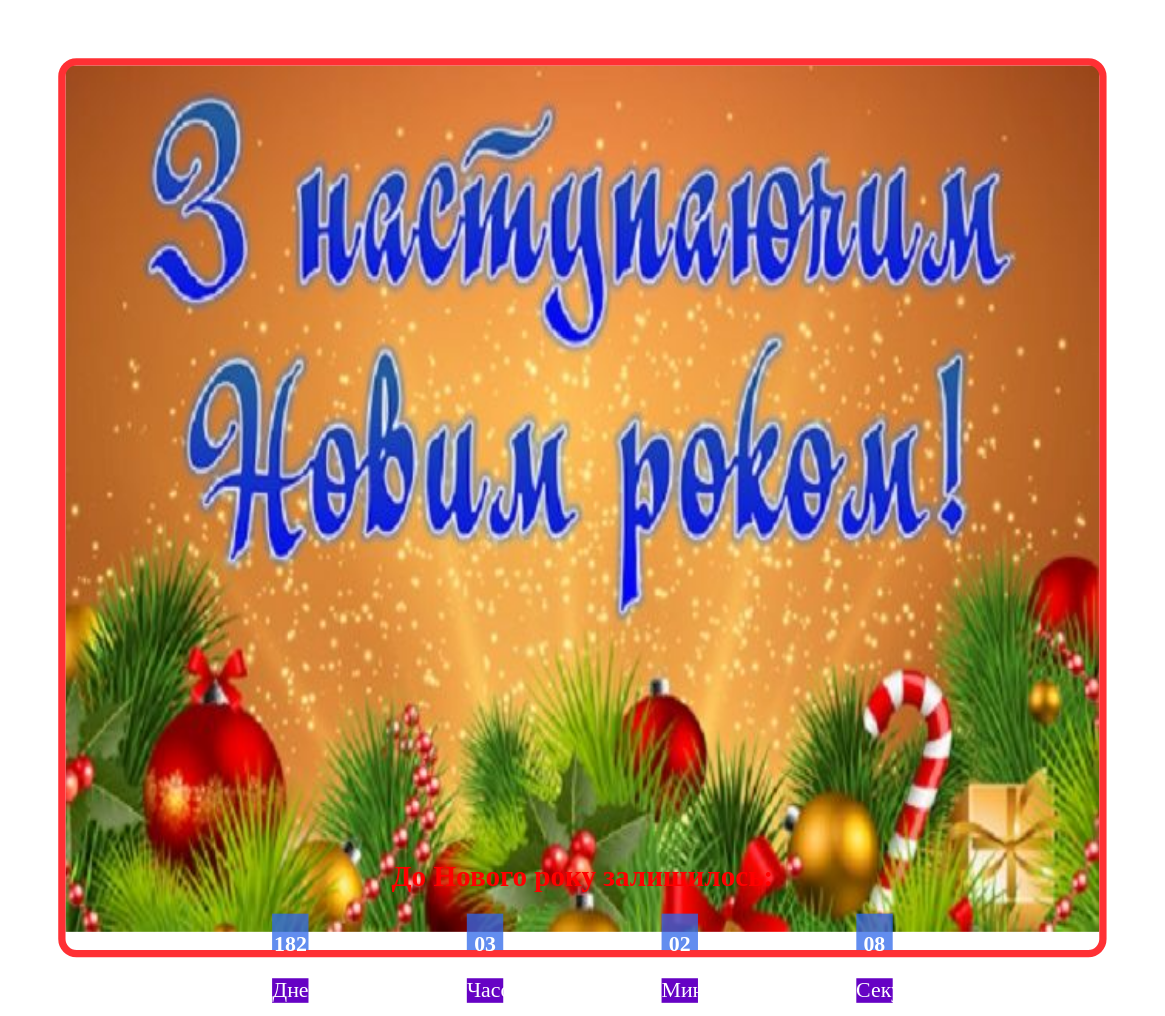
Repository: KonstantinKhamilov/JavaScript11-new-year
Page: index.html
The author's editor kept a copy of each file at every save. The page is drawn from the files as they stood at one save, then again after the next save.
The browser window is 1280 px wide. The pictures show the whole page, at 91% of full size.

Above is the page before, as saved 2024-12-29 17:55:11.

### index.html
<!DOCTYPE html>
<html lang="en">
    <head>
        <title>JavaScript11</title>

        <meta charset="utf-8">
        <meta http-equiv="X-UA-Compatible" content="IE=edge">
        <meta name="description" lang="ru" content="Стили css">
        <meta name="author" content="Константин">
        <meta name="keywords" content="Программирование, уроки JavaScript">
        <meta name="robots" content="all">
        <meta name="viewport" content="width=device-width, initial-scale=1.0">
        <link rel="stylesheet" href="newYear.css" type="text/css">
</head>

<body>
   <!--
     <h1><u>Задание 1</u></h1>
    <p>Необходимо реализовать функцию, описывающую окружность.В функции должны быть следующие компоненты:</p>
<ul type="disk">
    <li>поле, хранящее радиус окружности;</li>
    <li>get-свойство, возвращающее радиус окружности;</li>
    <li>set-свойство, устанавливающее радиус окружности;</li>
    <li>get-свойство, возвращающее диаметр окружности;</li>
    <li>метод, вычисляющий площадь окружности;</li>
    <li>метод, вычисляющий длину окружности.</li>
</ul>
       <p>Продемонстрируйте работу свойств и методов.</p>
       <p>Введите радиус окружности: </p>
       <input type="text" id="rad">
        <button onclick="showResults()">Показать результаты</button>
        <p id="output"></p>

          <h1><u>Задание 2</u></h1>
          <p>Реализуйте функцию, которая описывает css класс.функция CssClass должна содержать внутри себя:</p>
          <ul type="square">
<li>название css класса;</li>
<li>массив стилей;</li>
<li>метод для установки стиля;</li>
<li>метод для удаления стиля;</li>
<li>метод getCss(), который возвращает css код в виде строки.</li>
          </ul>

          <p>Введите название класса:</p>
    <input type="text" id="class" />
    <button onclick="showCSS()">Показать результат генерации</button>
    <p id="output1"></p>

    <p>Добавить стиль:</p>
    <input type="text" id="add-style" />
    <button onclick="addStyle()">Добавить</button>

    <p>Удалить стиль:</p>
    <input type="text" id="remove-style" />
    <button onclick="removeStyle()">Удалить</button>

  <h1><u>Задание 3</u></h1>
  <p>
    Рассчитайте, сколько дней, часов, минут и секунд осталось до Нового года. Выведите эти значения красиво,
    методом document.write() или другим с тегами -p- и
    -span- и классами для них. Стили можно записать в отдельном css-файле. Если одно из чисел будет меньше 10,
    то его нужно вывести с ведущим 0, например, так:
    Сделайте свой скрипт универсальным, задав дату следующего Нового года относительно текущей даты с помощью методов объекта Date.
  </p>
  <p>Пример вывода результата задания:</p>
<img src="D:\Full Stack\Модуль\JavaScript\JavaScript11\Безымянный1.png" alt="time">
-->
<div class="box">
  <h1>До Нового року залишилось:</h1>
  <div class="count">
    <div class="timer"><h2 id="day">00</h2><p>Дней</p></div>
    <div class="timer"><h2 id="hrs">00</h2><p>Часов</p></div>
    <div class="timer"><h2 id="min">00</h2><p>Минут</p></div>
    <div class="timer"><h2 id="sec">00</h2><p>Секунд</p></div>
  </div>
</div>

    <script>
/*
        //1
function Circle(radius) {
  // Сохранение значения радиуса в свойстве объекта
  this.radius = radius;
  // Определение get-свойства для получения значения радиуса
  Object.defineProperty(this, 'radius', {
    get: function() {
      // Возвращение значения радиуса
      return radius;
    },
    // Определение set-свойства для установки значения радиуса
    set: function(value) {
      // Проверка на корректность значения радиуса
      if (value <= 0) throw new Error('Invalid radius');
      // Установка нового значения радиуса
      radius = value;
    }
  });

  // Определение get-свойства для получения значения диаметра окружности
  Object.defineProperty(this, 'diameter', {
    get: function() {
      // Возвращение значения диаметра, равного удвоенному радиусу
      return 2 * radius;
    }
  });

  // Определение метода для вычисления площади окружности
  this.area = function() {
    // Возвращение площади окружности, вычисленной как произведение числа Пи на квадрат радиуса
    return Math.PI * Math.pow(radius, 2);
  }

  // Определение метода для вычисления длины окружности
  this.circumference = function() {
    // Возвращение длины окружности, вычисленной как произведение числа Пи на удвоенный радиус
    return 2 * Math.PI * radius;
  }
}

function showResults() {
    let input = document.getElementById("rad").value;
    let circle = new Circle(input);
    let output = 'Радиус: ' + circle.radius + '<br>';
    output += 'Диаметр: ' + circle.diameter + '<br>';
    output += 'Площадь: ' + circle.area() + '<br>';
    output += 'Длинна окружности: ' + circle.circumference();
    document.getElementById("output").innerHTML = output;
  }

  //2

      // Определение функции CssClass, которая принимает название CSS класса в качестве аргумента
      function CssClass(className) {
        // Сохранение значения названия CSS класса в свойстве объекта
        this.className = className;
        // Создание пустого массива для хранения стилей CSS класса
        this.styles = [];

        // Определение метода setStyle для добавления нового стиля в массив стилей
        this.setStyle = function(style) {
          // Добавление нового стиля в конец массива стилей
          this.styles.push(style);
        }

        // Определение метода removeStyle для удаления существующего стиля из массива стилей
        this.removeStyle = function(style) {
          // Поиск индекса указанного стиля в массиве стилей
          let index = this.styles.indexOf(style);
          // Если стиль найден в массиве
          if (index !== -1) {
            // Удаление стиля из массива по найденному индексу
            this.styles.splice(index, 1);
          }
        }

        // Определение метода getCss для генерации CSS кода класса в виде строки
        this.getCss = function() {
          // Создание строки с селектором CSS класса и открывающей скобкой
          let cssString = '.' + this.className + ' {\n';
          // Цикл по всем стилям в массиве стилей
          for (let i = 0; i < this.styles.length; i++) {
            // Добавление очередного стиля в строку с отступом и точкой с запятой
            cssString += '  ' + this.styles[i] + ';\n';
          }
          // Добавление закрывающей скобки в конец строки
          cssString += '}';
          // Возвращение сгенерированной строки с CSS кодом класса
          return cssString;
        }
      }
      let myClass;

      function showCSS() {
        // Получение значения из элемента input с id 'class'
        let className = document.getElementById('class').value;
        // Создание нового объекта CssClass с названием класса из элемента input
        myClass = new CssClass(className);
        // Добавление стиля 'color: red' в массив стилей класса
        myClass.setStyle('color: red');
        // Добавление стиля 'font-size: 16px' в массив стилей класса
        myClass.setStyle('font-size: 16px');
        // Вывод сгенерированного CSS кода класса в элемент p с id 'output'
        document.getElementById('output1').innerHTML = myClass.getCss();
      }

      function addStyle() {
        if (!myClass) {
          alert('Сначала нажмите кнопку "Показать результат генерации"');
          return;
        }
        // Получение значения из элемента input с id 'add-style'
        let style = document.getElementById('add-style').value;
        // Добавление стиля в массив стилей класса
        myClass.setStyle(style);
        // Вывод обновленного CSS кода класса в элемент p с id 'output'
        document.getElementById('output1').innerHTML = myClass.getCss();
      }

      function removeStyle() {
        if (!myClass) {
          alert('Сначала нажмите кнопку "Показать результат генерации"');
          return;
        }
        // Получение значения из элемента input с id 'remove-style'
        let style = document.getElementById('remove-style').value;
        // Удаление стиля из массива стилей класса
        myClass.removeStyle(style);
        // Вывод обновленного CSS кода класса в элемент p с id 'output'
        document.getElementById('output1').innerHTML = myClass.getCss();
      }
      */

//3
const day = document.getElementById('day');
const hrs = document.getElementById('hrs');
const min = document.getElementById('min');
const sec = document.getElementById('sec');
const currentYear = new Date().getFullYear();

const newYear = new Date (`1 Jan ${currentYear + 1} 00:00:00`);

function countdownDate(){
const today = Date.now()
const gap = newYear - today;
let d = Math.floor(gap/1000/60/60/24);
let h = Math.floor((gap/1000/60/60)%24);
let m = Math.floor((gap/1000/60)%60);
let s = Math.floor((gap/1000)%60);

day.innerHTML = d<10 ? '0' + d : d;
hrs.innerHTML = h<10 ? '0' + h : h;
min.innerHTML = m<10 ? '0' + m : m;
sec.innerHTML = s<10 ? '0' + s : s;
}
setInterval(countdownDate,1000);
    </script>
</body>
</html>

### newYear.css
body {
  margin: 5%;
}

@media screen and (min-width: 320px) {
  .box {
    display: flex;
    flex-direction: column;
    /*justify-content: center;*/
    align-items: center;
    height: 80%;
    background-image: url("z_nastupauschim_ng_4.jpg");
    background-repeat: no-repeat;
    background-size: 100% 100%;
    background-position: 0px -20px;
    border: solid 8px;
    border-radius: 20px;
    border-color: rgb(255, 48, 52);
  }

  .box > h1 {
    color: rgb(255, 0, 0);
    font-family: cursive;
    padding-top: 75%;
  }

  .count {
    display: flex;
    flex-direction: row;
    justify-content: space-between;
    width: 60%;
    /*padding-top: 260px;*/
  }

  .timer {
    text-align: center;
    background-color: rgb(46, 103, 234, 0.75);
    width: 2.5em;
    height: 2.5em;
  }

  h2 {
    color: white;
    font-size: 1.5em;
  }

  .timer > p {
    color: white;
    background-color: rgb(102, 2, 196);
    font-size: 1.5em;
  }
}

After the next save:
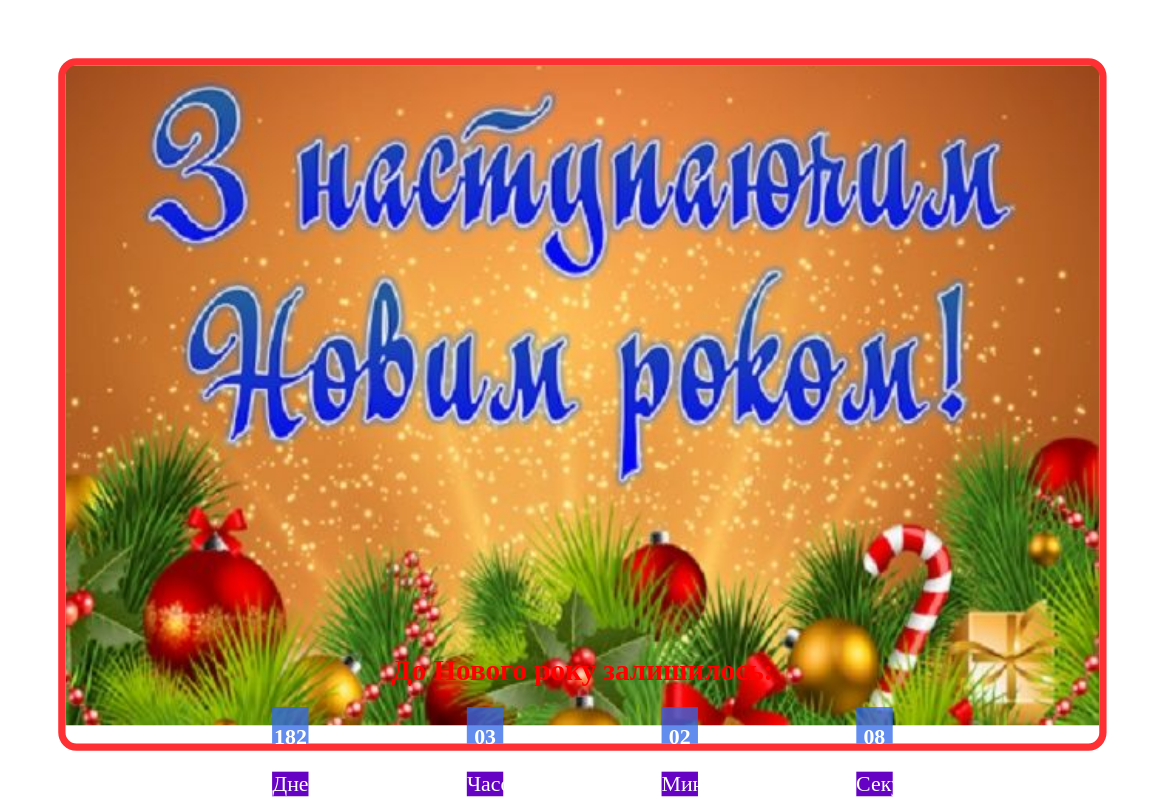
Saved 19 s later.
--- a/newYear.css
+++ b/newYear.css
@@ -21,7 +21,7 @@ body {
   .box > h1 {
     color: rgb(255, 0, 0);
     font-family: cursive;
-    padding-top: 75%;
+    padding-top: 55%;
   }
 
   .count {
